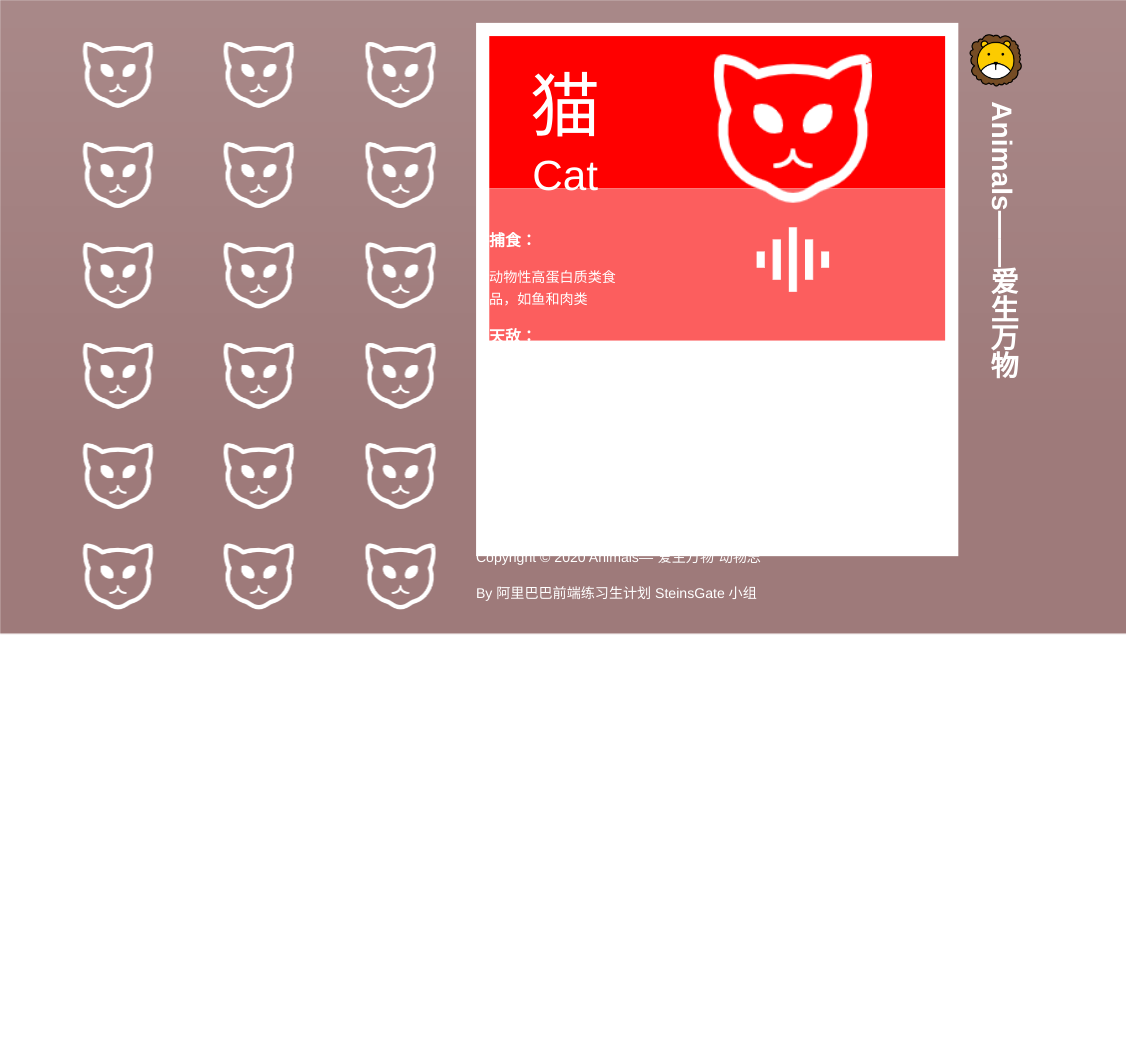
Repository: Whiskeyi/Animals
Page: /
These files come from the project's save history. The page is drawn as it stood at one moment and after the next save; the edit follows.
The browser window is 1280 px wide. The pictures show the whole page, at 88% of full size.
The project was rebuilt for these pictures with package versions that can differ from the ones it lists, and the page was loaded fresh each time.

Above is the page before, as saved 2021-11-16 00:17:16.

After the next save:
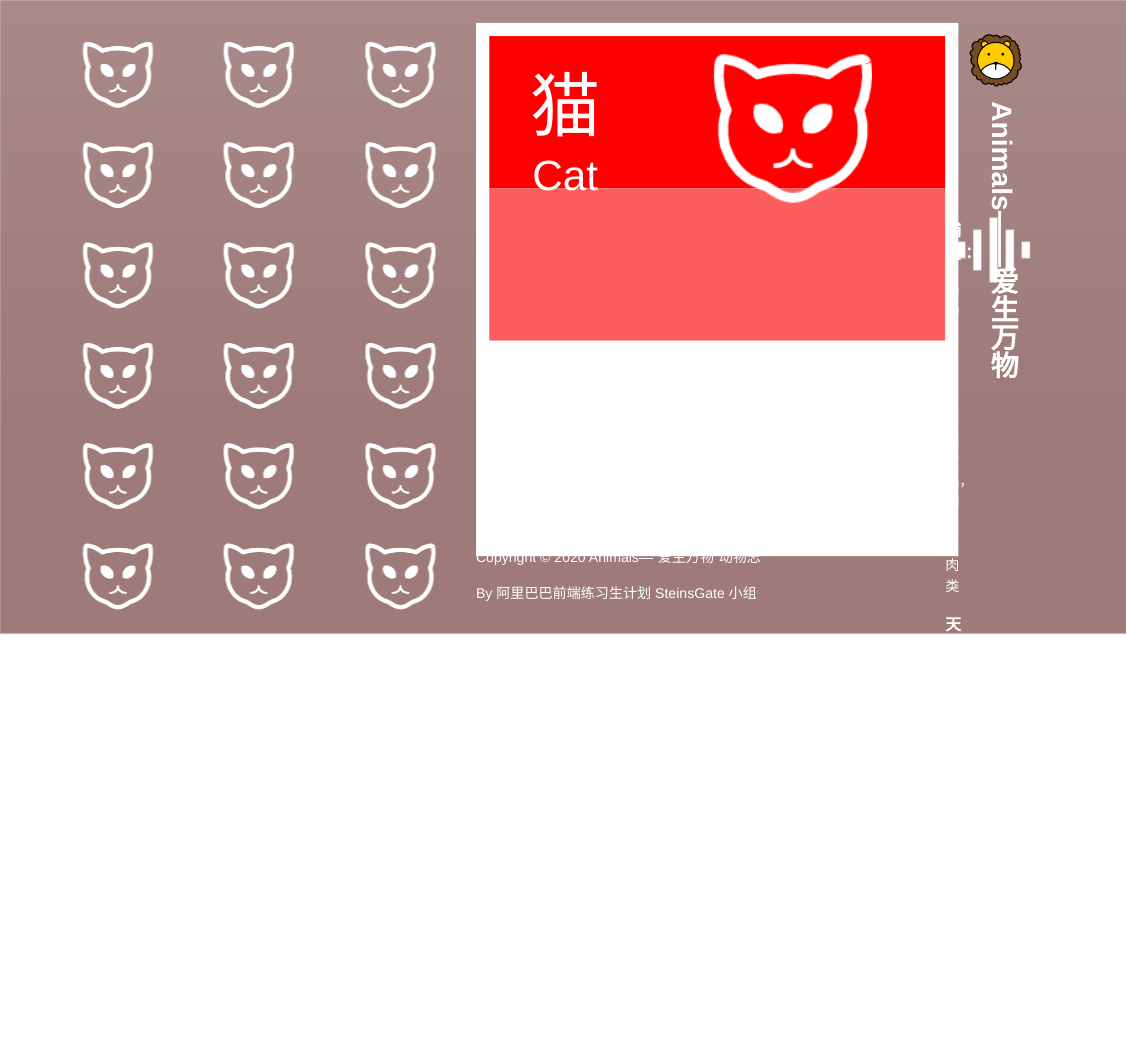
Saved 20 s later.
--- a/src/components/Info/habbit-voice/index.vue
+++ b/src/components/Info/habbit-voice/index.vue
@@ -1,6 +1,6 @@
 <template>
   <div class="habVoice">
-       <el-row class="habContainer">
+       <el-row class="habContainer" type="flex" justify="center">
           <el-col class="habContext" :span="8">
               <p class="foodTitle">捕食：</p>
               <div class="food">动物性高蛋白质类食品，如鱼和肉类</div>

After the save that followed:
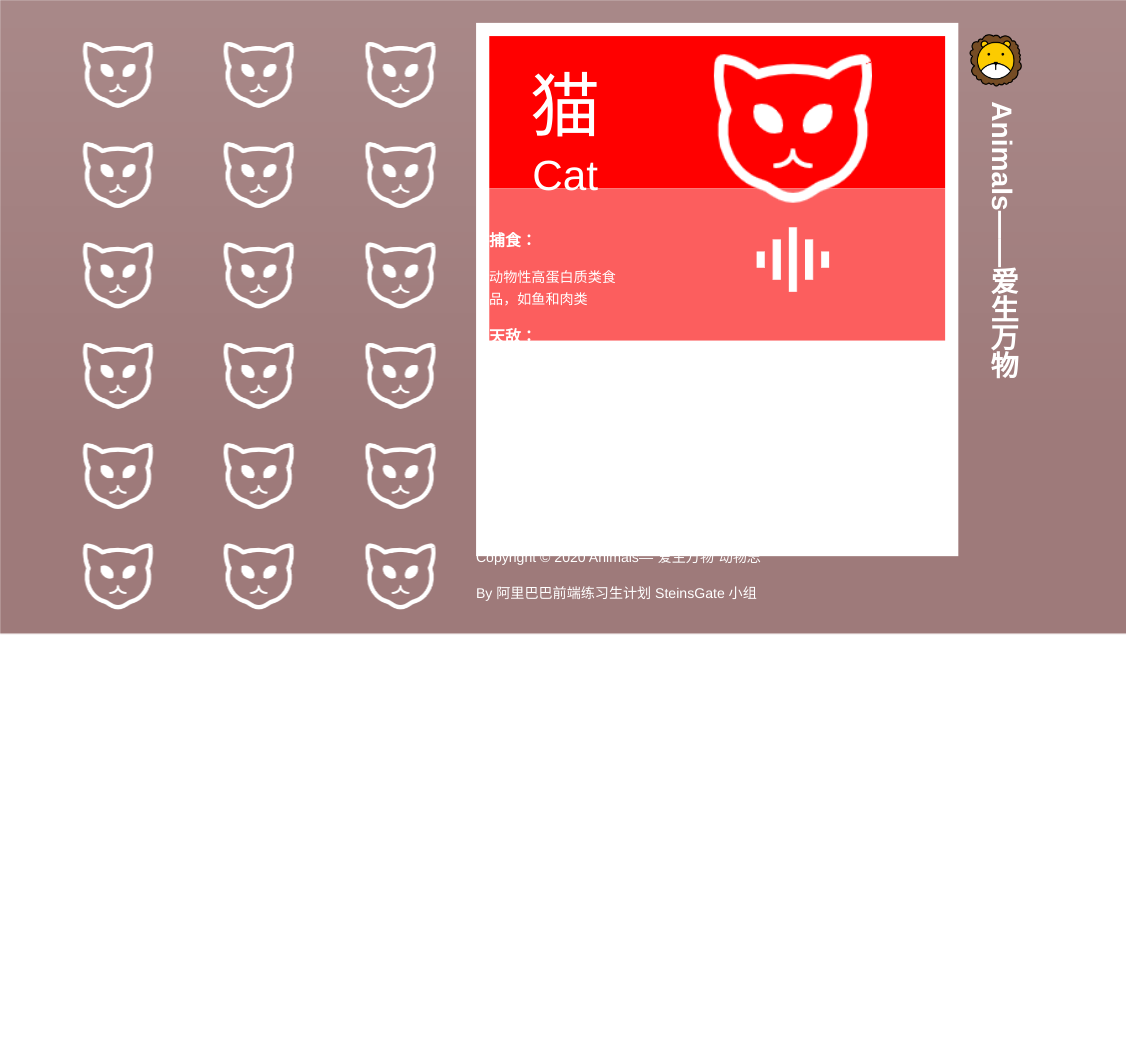
Saved 8 s later.
--- a/src/components/Info/habbit-voice/index.vue
+++ b/src/components/Info/habbit-voice/index.vue
@@ -1,6 +1,6 @@
 <template>
   <div class="habVoice">
-       <el-row class="habContainer" type="flex" justify="center">
+       <el-row class="habContainer" type="felx" justify="center">
           <el-col class="habContext" :span="8">
               <p class="foodTitle">捕食：</p>
               <div class="food">动物性高蛋白质类食品，如鱼和肉类</div>
